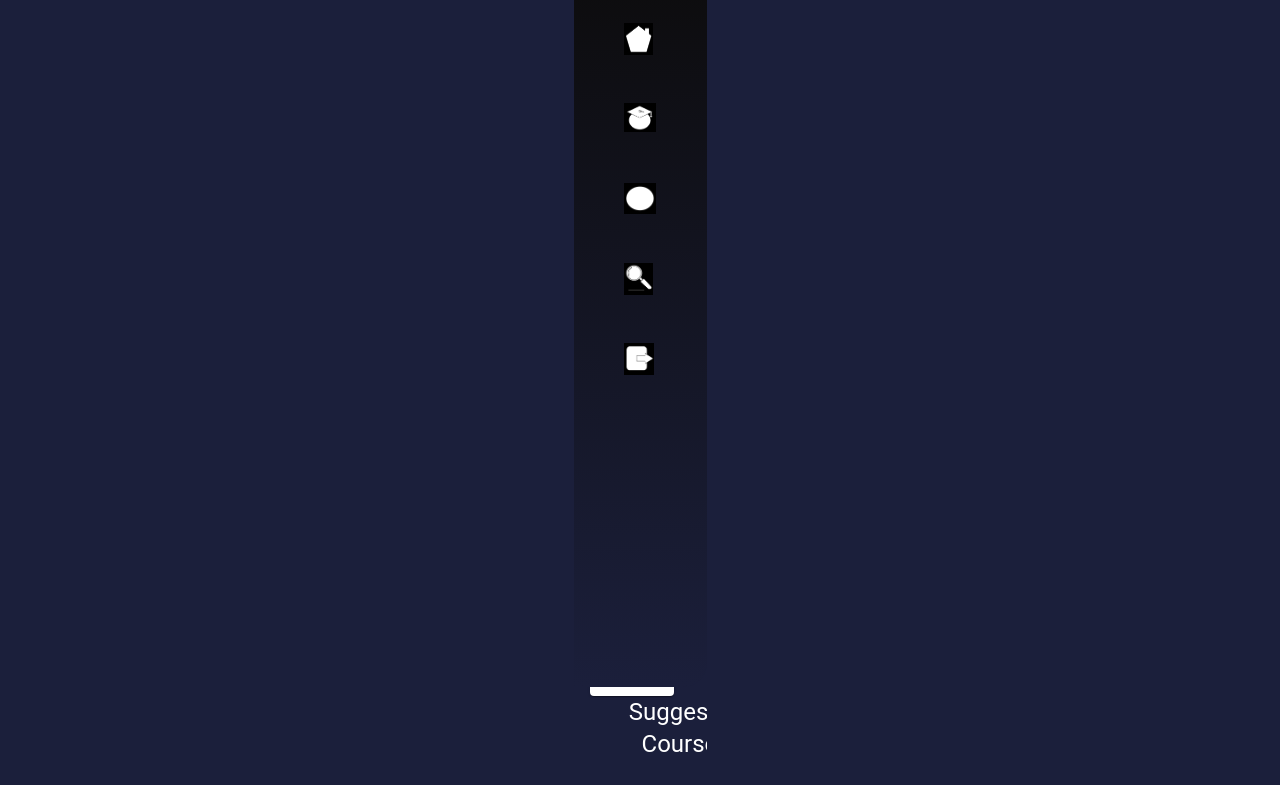
Repository: jvt2/OnlineCourseApp
Page: /dashboard
An editor plug-in stored every save of this project. The page is shown before and after the next save, followed by the edit.
The browser window is 1280 px wide. The pictures show the whole page.
Pictures or frames that could not be fetched are drawn as grey boxes. The page's requests for data from a server got no answer. The project was rebuilt for these pictures with package versions that can differ from the ones it lists, and the page was loaded fresh each time. No one was signed in, and anything a server would have sent is missing. Also part of the build but not shown: src/features/auth/Register.js, src/features/auth/Login.js, src/features/courses/ResumeUpload.js, src/features/courses/CourseRecommendations.js, src/components/common/MyModal.js, src/features/courses/CourseCatalog.js, src/features/courses/CourseDetail.js, src/components/common/Navbar.js and 3 more. Imported but missing from the stored project, and not drawn on this page: src/app/reportWebVitals.

Above is the page before, as saved 2024-07-18 19:18:36.

### src/index.js
import React from 'react';
import ReactDOM from 'react-dom/client';
import { Provider } from 'react-redux';
import store from './redux/store';
import './index.css';
import App from './app/App';
import reportWebVitals from './app/reportWebVitals';

const root = ReactDOM.createRoot(document.getElementById('root'));
root.render(
  <React.StrictMode>
    <App />
  </React.StrictMode>
);

// If you want to start measuring performance in your app, pass a function
// to log results (for example: reportWebVitals(console.log))
// or send to an analytics endpoint. Learn more: https://bit.ly/CRA-vitals
reportWebVitals();

### src/redux/store.js
// src/redux/store.js

import { configureStore } from '@reduxjs/toolkit';
import userReducer from './userReducer';

const store = configureStore({
  reducer: {
    user: userReducer,
  },
});

export default store;

### src/redux/userReducer.js
// src/redux/userReducer.js
// src/redux/userReducer.js
import { createSlice } from '@reduxjs/toolkit';

const initialState = {
  id: null,
  email: null,
  token: null,
};

const userSlice = createSlice({
  name: 'user',
  initialState,
  reducers: {
    logIn(state, action) {
      state.id = action.payload.id;
      state.email = action.payload.email;
      state.token = action.payload.token;
    },
    logOut(state) {
      state.id = null;
      state.email = null;
      state.token = null;
    },
  },
});

export const { logIn, logOut } = userSlice.actions;
export default userSlice.reducer;

### src/app/App.css
/* App.css */
:root {
  --primary-bg-color: #1E1E2F;
  --secondary-bg-color: #282840;
  --primary-text-color: #F5F5F5;
  --link-color: #61dafb;
  --accent-color: #FF6B6B;
  --navbar-height: 4rem;
  --content-padding: 20px;
  --border-radius: 8px;
  --transition-duration: 0.3s;
  --gradient-bg-color: linear-gradient(120deg, #84fab0 0%, #8fd3f4 100%);
}

.App {
  text-align: center;
  font-family: 'Arial', sans-serif;
  background-color: var(--primary-bg-color);
}

.App-logo {
  height: 40vmin;
  pointer-events: none;
  filter: drop-shadow(0 0 10px var(--accent-color));
}

.App-header {
  background-color: var(--secondary-bg-color);
  min-height: 100vh;
  display: flex;
  flex-direction: column;
  align-items: center;
  justify-content: center;
  font-size: calc(10px + 2vmin);
  color: var(--primary-text-color);
  border-bottom-left-radius: var(--border-radius);
  border-bottom-right-radius: var(--border-radius);
}

.App-link {
  color: var(--link-color);
  transition: color var(--transition-duration);
}

.App-link:hover {
  color: var(--accent-color);
}

@media (prefers-reduced-motion: no-preference) {
  .App-logo {
    animation: App-logo-spin infinite 20s linear;
  }
}

@keyframes App-logo-spin {
  from {
    transform: rotate(0deg);
  }
  to {
    transform: rotate(360deg);
  }
}

.site-navbar {
  display: flex;
  align-items: center;
  background: var(--gradient-bg-color);
  padding: 10px 20px;
  height: var(--navbar-height);
  font-weight: 500;
  box-shadow: 0 4px 6px rgba(0, 0, 0, 0.1);
}

.navbar-nav {
  display: flex;
  align-items: center;
  list-style: none;
  margin: 0;
  padding: 0;
  flex-grow: 1;
  justify-content: center;
}

.nav-item {
  display: flex;
  align-items: center;
  justify-content: center;
  text-decoration: none;
  color: var(--primary-text-color);
  padding: 15px 25px;
  transition: all 0.3s ease-in-out;
  border-radius: var(--border-radius);
  position: relative;
}

.nav-item:before {
  content: '';
  position: absolute;
  top: 0;
  left: 0;
  width: 0;
  height: 100%;
  background: var(--accent-color);
  border-radius: var(--border-radius);
  transition: width 0.3s ease-in-out;
  z-index: -1;
}

.nav-item:hover:before {
  width: 100%;
}

.nav-item:hover {
  color: var(--secondary-bg-color);
  box-shadow: 0 4px 8px rgba(0, 0, 0, 0.2);
  text-decoration: none;
}

.navbar-brand {
  margin-right: auto;
  color: var(--primary-text-color);
  font-size: 1.5em;
  font-weight: bold;
}

.App-content {
  padding: var(--content-padding);
  color: var(--primary-text-color);
}

.App-footer {
  text-align: center;
  padding: var(--content-padding);
  background-color: var(--secondary-bg-color);
  color: var(--primary-text-color);
  box-shadow: 0 -4px 6px rgba(0, 0, 0, 0.1);
}

.course-recommendations {
  width: 80%;
  margin: auto;
  background: #f9f9f9;
  padding: 20px;
  border-radius: 5px;
  box-shadow: 0px 0px 10px rgba(0, 0, 0, 0.1);
}

.course-recommendations h2 {
  text-align: center;
  color: #333;
}

.course-recommendations .course {
  padding: 10px 0;
  border-bottom: 1px solid #eee;
}

.course-recommendations .course:last-child {
  border-bottom: none;
}

.course-recommendations .course button {
  margin-left: 10px;
}

body {
  background-color: #1a1a2e;
  color: #e94560;
}

.MuiContainer-root {
  background-color: #16213e;
  border-radius: 8px;
  padding: 20px;
  box-shadow: 0 4px 8px rgba(0, 0, 0, 0.2);
}

.customTextField .MuiInputBase-input {
  color: #fff;
  background-color: rgba(255, 255, 255, 0.1);
}

.customTextField .MuiInputLabel-root {
  color: rgba(255, 255, 255, 0.7);
}

.customTextField .MuiInputLabel-root.Mui-focused {
  color: #fff;
}

.customTextField .MuiOutlinedInput-root {
  &.Mui-focused .MuiOutlinedInput-notchedOutline {
    border-color: #fff;
  }
  & .MuiOutlinedInput-notchedOutline {
    border-color: rgba(255, 255, 255, 0.5);
  }
}

### src/features/dashboard/Dashboard.js
// src/features/dashboard/Dashboard.js
import React, { useEffect, useState } from 'react';
import axios from 'axios';
import { useSelector } from 'react-redux';
import { Container, Typography, Box, Grid, Card, CardContent, CardActions, Button, List, ListItem, ListItemText } from '@mui/material';
import { useNavigate } from 'react-router-dom';

import './Dashboard.css';

// Import or define the TopSection component
import TopSection from './TopSection';
import MiddleSection from './MiddleSection';
import BottomSection from './BottomSection';
import SideSection from './SideSection';

import RecommendedArticles from '../../components/common/Articles/RecommendedArticles';

function Dashboard() {
  const [articles, setArticles] = useState([]);
  const [enrolledCourses, setEnrolledCourses] = useState([]);
  const token = useSelector(state => state.user.token);
  const userId = useSelector(state => state.user.id);
  const userEmail = useSelector(state => state.user.email);
  const navigate = useNavigate();

  useEffect(() => {
    const fetchArticles = async () => {
      try {
        const response = await axios.get(`http://localhost:3001/user/${userId}/articles`, {
          headers: { Authorization: `Bearer ${token}` }
        });
        setArticles(response.data);
      } catch (error) {
        console.error('Error fetching articles:', error);
      }
    };

    const fetchEnrolledCourses = async () => {
      try {
        const response = await axios.get(`http://localhost:3001/user/${userId}/courses`, {
          headers: { Authorization: `Bearer ${token}` }
        });
        setEnrolledCourses(response.data);
      } catch (error) {
        console.error('Error fetching enrolled courses:', error);
      }
    };

    fetchArticles();
    fetchEnrolledCourses();
  }, [userId, token]);

  return (
    <div className="container">
      <Box className="sidebar">
        <div className="sidebar-main">
          <Typography className="sidebar-logo">Flux</Typography>
          <div className="sidebar-icon icon-home" tabIndex="0" onClick={() => navigate('/dashboard')}></div>
          <div className="sidebar-icon icon-graduation" tabIndex="0"></div>
          <div className="sidebar-icon icon-user" tabIndex="0" onClick={() => navigate('/courses')}></div>
          <div className="sidebar-icon icon-search" tabIndex="0"></div>
          <div className="sidebar-icon icon-logout" tabIndex="0"></div>
        </div>
      </Box>
      <Box className="dashboard-container">
        <Typography className="dashboard-header" variant="h4" gutterBottom>
          Welcome, {userEmail}
        </Typography>
        <Grid container spacing={3}>
          <Grid item xs={12}>
            <TopSection />
          </Grid>
          <Grid item xs={12} md={8}>
            <MiddleSection />
            <BottomSection />
          </Grid>
          <Grid item xs={12} md={4}>
            <SideSection />
          </Grid>
        </Grid>
      </Box>
    </div>
  );
}

export default Dashboard;

### src/features/auth/Logout.js
// Logout.js
import { useEffect } from 'react';
import { useDispatch } from 'react-redux';
import { useNavigate } from 'react-router-dom';
import { logOut } from '../../redux/reducers/userslice'; // Import the logOut action

function Logout() {
  const navigate = useNavigate();
  const dispatch = useDispatch();

  useEffect(() => {
    localStorage.removeItem('token'); // Remove the token from local storage
    dispatch(logOut()); // Dispatch the logOut action
    navigate('/login'); // Navigate to the login page
  }, [dispatch, navigate]);

  return null;
}

export default Logout;

### src/components/common/LandingPage.css
body {
    display: flex;
    justify-content: center;
    align-items: center;
    height: 100vh;
    background-color: #f7f7f7;
    margin: 0;
    font-family: 'Roboto', sans-serif;
  }

  .sign-in-container {
    display: flex;
    justify-content: center;
    align-items: center;
    height: 100%;
    width: 100%;
  }

  .sign-in-form {
    background-color: white;
    padding: 60px;
    border-radius: 10px;
    box-shadow: 0 4px 8px rgba(0, 0, 0, 0.1);
    text-align: center;
    max-width: 600px;
    width: 90%;
  }

  .logo {
    width: 200px;
    height: 200px;
    margin-bottom: 30px;
    background-color: white;
    border-radius: 10px;
  }

  h1 {
    margin: 0;
    font-size: 32px;
    font-weight: 700;
  }

  .subtitle {
    margin: 10px 0;
    color: #555;
    font-size: 18px;
  }

  .google-sign-in {
    background-color: #ffffff;
    color: #000;
    border: 1px solid #ccc;
    padding: 15px;
    width: 100%;
    border-radius: 5px;
    margin-bottom: 30px;
    display: flex;
    justify-content: center;
    align-items: center;
    cursor: pointer;
    font-size: 18px;
    font-weight: 500;
    transition: background-color 0.3s;
  }

  .google-sign-in:hover {
    background-color: #f0f0f0;
  }

  .google-logo {
    width: 25px;
    margin-right: 10px;
  }

  .separator {
    display: flex;
    align-items: center;
    text-align: center;
    margin: 30px 0;
    color: #aaa;
    font-size: 18px;
  }

  .separator::before,
  .separator::after {
    content: '';
    flex: 1;
    border-bottom: 1px solid #ccc;
  }

  .separator:not(:empty)::before {
    margin-right: .5em;
  }

  .separator:not(:empty)::after {
    margin-left: .5em;
  }

  .email-input,
  .password-input {
    width: 100%;
    padding: 15px;
    margin-bottom: 30px;
    border: 1px solid #ccc;
    border-radius: 5px;
    font-size: 18px;
    transition: border-color 0.3s;
  }

  .email-input:focus,
  .password-input:focus {
    border-color: #007bff;
    outline: none;
  }

  .continue-button {
    background-color: #9b51e0;
    color: white;
    border: none;
    padding: 15px;
    width: 100%;
    border-radius: 5px;
    font-size: 18px;
    font-weight: 500;
    cursor: pointer;
    transition: background-color 0.3s;
    margin-bottom: 10px; /* Add margin to separate the buttons */
  }

  .continue-button:hover {
    background-color: #7a3bc0;
  }

  .email-error {
    color: red;
    margin-top: 10px;
    font-size: 14px;
  }


  .back-button {
    background-color: #ccc;
    color: white;
    border: none;
    padding: 15px;
    width: 100%;
    border-radius: 5px;
    font-size: 18px;
    font-weight: 500;
    cursor: pointer;
    transition: background-color 0.3s;
    margin-bottom: 10px; /* Add margin to separate the buttons */
  }

  .back-button:hover {
    background-color: #aaa;
  }

  .sign-up-link {
    margin-top: 30px;
    color: #aaa;
    font-size: 18px;
  }

  .sign-up-link a {
    color: #9b51e0;
    text-decoration: none;
  }

  .sign-up-link a:hover {
    text-decoration: underline;
  }

### src/features/dashboard/Dashboard.css
:root {
  --primary-color: #0C0B0B;
  --secondary-color: #1b1f3b;
  --text-color: #FFFFFF;
  --icon-color: #BBBBBB;
  --icon-active-color: #FFFFFF;
  --icon-hover-color: #E0E0E0;
  --accent-color: #4a90e2;
  --hover-color: rgba(255, 255, 255, 0.2);
  --focus-color: rgba(255, 255, 255, 0.3);
  --font-main: 'Arial', sans-serif;
  --font-header: 'Baloo Bhai', sans-serif;
  --border-radius: 24px;
  --transition-speed: 0.3s;
  --spacing-unit: 16px;
  --icon-size: 32px;
}

/* Dark mode */
@media (prefers-color-scheme: dark) {
  :root {
    --primary-color: #1a1a1a;
    --secondary-color: #121212;
    --text-color: #e0e0e0;
    --icon-color: #CCCCCC;
    --icon-active-color: #FFFFFF;
    --icon-hover-color: #FFFFFF;
    --accent-color: #bb86fc;
    --hover-color: rgba(255, 255, 255, 0.3);
    --focus-color: rgba(255, 255, 255, 0.4);
  }
}
/* General styles for the dashboard */
body {
  margin: 0;
  font-family: var(--font-main);
  font-size: clamp(16px, 2vw, 20px);
  color: var(--text-color);
  background-color: var(--secondary-color);
}

.container {
  display: grid;
  grid-template-columns: 133px 1fr;
  min-height: 100vh;
}

.sidebar {
  width: 133px;
  background: var(--primary-color);
  border-radius: 0 var(--border-radius) var(--border-radius) 0;
  display: flex;
  flex-direction: column;
  align-items: center;
  justify-content: space-between;
  padding: var(--spacing-unit) 0;
  position: fixed;
  height: 100vh;
  background: linear-gradient(180deg, #0C0B0B 0%, #1b1f3b 100%);
}

.sidebar-main {
  display: flex;
  flex-direction: column;
  align-items: center;
  width: 100%;
  gap: var(--spacing-unit);
  padding: var(--spacing-unit);
}

.sidebar-logo {
  font-family: var(--font-header);
  color: var(--text-color);
  font-weight: 400;
  font-size: 64px;
  line-height: 102px;
  margin-bottom: 40px;
  text-align: center;
  margin-top: var(--spacing-unit);
}

.sidebar-icon {
  width: var(--icon-size);
  height: var(--icon-size);
  margin: var(--spacing-unit) 0;
  cursor: pointer;
  background-size: contain;
  background-repeat: no-repeat;
  transition: all var(--transition-speed) ease;
  color: var(--icon-color);
}
.sidebar-icon:hover {
  background-color: var(--hover-color);
  color: var(--icon-hover-color);
  transform: scale(1.1);
}

.sidebar-icon:focus {
  outline: none;
  box-shadow: 0 0 0 3px var(--focus-color);
}
.sidebar-icon.icon-home {
  background-image: url('/public/assets/home_I.png');
}

.sidebar-icon.icon-graduation {
  background-image: url('/public/assets/enroll.png');
}

.sidebar-icon.icon-user {
  background-image: url('/public/assets/user.png');
}

.sidebar-icon.icon-search {
  background-image: url('/public/assets/search.png');
}

.sidebar-icon.icon-logout {
  background-image: url('/public/assets/logout.png');
}

.dashboard-container {
  background-color: var(--secondary-color);
  padding: var(--spacing-unit);
  display: grid;
  grid-template-rows: auto 1fr;
  gap: var(--spacing-unit);
  overflow-y: auto;
}

.dashboard-header {
  margin-bottom: var(--spacing-unit);
  text-align: center;
  font-family: var(--font-header);
}

.grid-item {
  background-color: var(--secondary-color);
  padding: var(--spacing-unit);
  border-radius: var(--border-radius);
  box-shadow: 0 2px 10px rgba(0, 0, 0, 0.1);
}

.card-content, .card-actions {
  padding: var(--spacing-unit);
}

.card-actions {
  display: flex;
  justify-content: flex-end;
}

.recommendations-container {
  background-color: #f5f5f5;
  border-radius: var(--border-radius);
  padding: var(--spacing-unit);
  margin-bottom: var(--spacing-unit);
}

.recommendation-item {
  background-color: white;
  border-radius: 4px;
  padding: var(--spacing-unit);
  margin-bottom: var(--spacing-unit);
  box-shadow: 0 2px 4px rgba(0, 0, 0, 0.1);
}

.recommendation-title {
  font-weight: bold;
  margin-bottom: 5px;
}

.recommendation-description {
  color: #666;
  font-size: 0.9em;
}

/* Media Queries */
@media (max-width: 768px) {
  .container {
    grid-template-columns: 1fr;
  }

  .sidebar {
    flex-direction: row;
    justify-content: space-around;
    border-radius: 0;
    width: 100%;
    height: auto;
    padding: var(--spacing-unit);
    position: relative;
  }

  .sidebar-main {
    flex-direction: row;
  }

  .sidebar-icon {
    margin: 10px;
  }

  .dashboard-header {
    font-size: 1.5rem;
  }

  .dashboard-container {
    margin-left: 0;
  }
}

@media (max-width: 480px) {
  .container {
    flex-direction: column;
  }

  .sidebar {
    flex-direction: column;
    align-items: flex-start;
    padding: 10px;
    position: relative;
  }

  .sidebar-main {
    flex-direction: row;
  }

  .sidebar-icon {
    margin: 5px;
  }

  .dashboard-header {
    font-size: 1.2rem;
  }

  .dashboard-container {
    margin-left: 0;
  }
}

### src/features/dashboard/TopSection.js
// src/features/dashboard/TopSection.js
import React from 'react';
import { Box, Typography, Grid } from '@mui/material';
import LearningHoursChart from '../../components/common/Charts/LearningHoursChart';



function TopSection() {
  return (
    <Box>
      <Typography variant="h4" gutterBottom>Welcome, [User Name]!</Typography>
      <Grid container spacing={3}>
        <Grid item xs={12} md={4}>
          <LearningHoursChart />
        </Grid>
      </Grid>
    </Box>
  );
}

export default TopSection;

### src/features/dashboard/MiddleSection.js
// src/features/dashboard/MiddleSection.js
import React from 'react';
import { Box, Typography, Grid, Card, CardContent, CardMedia } from '@mui/material';
import RecommendedArticles from '../../components/common/Articles/RecommendedArticles';

function MiddleSection() {
  return (
    <Box>
      <Typography variant="h5" gutterBottom>Recommended Articles</Typography>
      <Grid container spacing={3}>
        <Grid item xs={12} md={6}>
          <Card>
            <CardMedia
              component="img"
              height="140"
              image="path/to/image.jpg"
              alt="Article Image"
            />
            <CardContent>
              <Typography gutterBottom variant="h6" component="div">
                Article Title
              </Typography>
              <Typography variant="body2" color="text.secondary">
                Brief description of the article.
              </Typography>
            </CardContent>
          </Card>
        </Grid>
        <Grid item xs={12} md={6}>
          <RecommendedArticles />
        </Grid>
      </Grid>
    </Box>
  );
}

export default MiddleSection;

### src/features/dashboard/BottomSection.js
// src/features/dashboard/BottomSection.js
import React from 'react';
import { Box, Typography, Grid } from '@mui/material';


function BottomSection() {
  return (
    <Box>
      <Typography variant="h5" gutterBottom>Suggested Courses</Typography>
      <Grid container spacing={3}>
        <Grid item xs={12} md={6}>

        </Grid>
        <Grid item xs={12} md={6}>

        </Grid>
      </Grid>
    </Box>
  );
}

export default BottomSection;

### src/features/dashboard/SideSection.js
// src/features/dashboard/SideSection.js
import React from 'react';
import { Box, Typography, Grid, Card, CardContent } from '@mui/material';
import CareerPathRecommendations from '../../components/common/Recommendations/CareerPathRecommendations';
import SkillDevelopment from '../../components/common/Recommendations/SkillDevelopment';

function SideSection() {
  return (
    <Box>
      <Typography variant="h5" gutterBottom>User Engagement</Typography>
      <Grid container spacing={3}>
        <Grid item xs={12}>
          <Card>
            <CardContent>
              <CareerPathRecommendations />
            </CardContent>
          </Card>
        </Grid>
        <Grid item xs={12}>
          <Card>
            <CardContent>
              <SkillDevelopment />
            </CardContent>
          </Card>
        </Grid>
      </Grid>
    </Box>
  );
}

export default SideSection;

### src/components/common/Articles/RecommendedArticles.js
// src/components/Articles/RecommendedArticles.js
import React from 'react';

function RecommendedArticles() {
  return (
    <div>
      <h2>Recommended Articles</h2>
    </div>
  );
}

export default RecommendedArticles;

### src/redux/reducers/userslice.js
import { createSlice } from '@reduxjs/toolkit';

const userSlice = createSlice({
  name: 'user',
  initialState: { name: '', loggedIn: false },
  reducers: {
    logIn: (state, action) => {
      state.name = action.payload.name;
      state.loggedIn = true;
    },
    logOut: (state) => {
      state.name = '';
      state.loggedIn = false;
    }
  }
});

export const { logIn, logOut } = userSlice.actions;
export default userSlice.reducer;

### src/components/common/Charts/LearningHoursChart.js
// src/components/Charts/LearningHoursChart.js
import React from 'react';

function LearningHoursChart() {
  return (
    <div>
      <h2>Learning Hours Chart</h2>
    </div>
  );
}

export default LearningHoursChart;

### src/components/common/Recommendations/CareerPathRecommendations.js
// src/components/Recommendations/CareerPathRecommendations.js
import React from 'react';

function CareerPathRecommendations() {
  return (
    <div>
      <h2>Career Path Recommendations</h2>
    </div>
  );
}

export default CareerPathRecommendations;

### src/components/common/Recommendations/SkillDevelopment.js
// src/components/Recommendations/SkillDevelopment.js
import React from 'react';

function SkillDevelopment() {
  return (
    <div>
      <h2>Skill Development</h2>
    </div>
  );
}

export default SkillDevelopment;

Loaded but not shown: public/index.html (common file); src/index.css (common file); src/app/App.js (103 lines, source omitted)

After the next save:
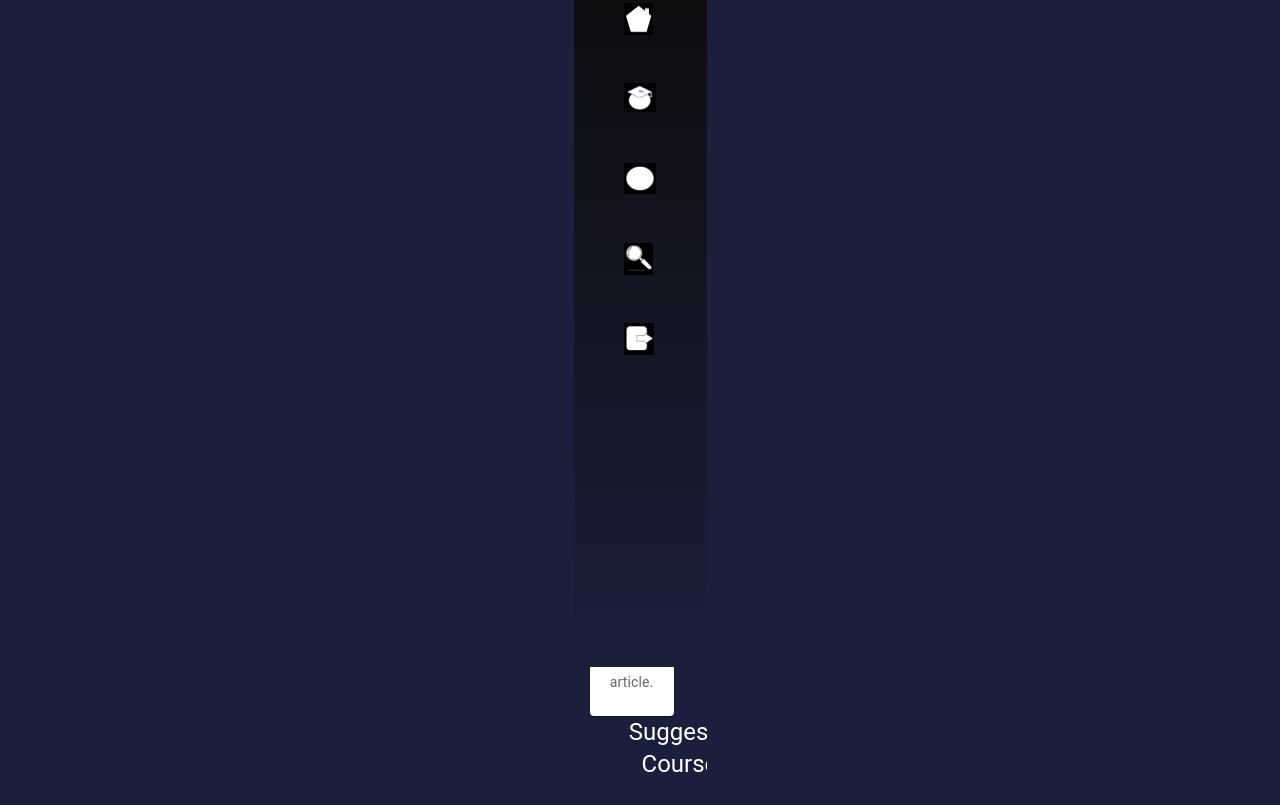
Saved 9 s later.
--- a/src/features/dashboard/TopSection.js
+++ b/src/features/dashboard/TopSection.js
@@ -1,9 +1,7 @@
 // src/features/dashboard/TopSection.js
 import React from 'react';
-import { Box, Typography, Grid } from '@mui/material';
+import { Box, Typography, Grid, Card, CardContent } from '@mui/material';
 import LearningHoursChart from '../../components/common/Charts/LearningHoursChart';
-
-
 
 function TopSection() {
   return (
@@ -11,7 +9,11 @@ function TopSection() {
       <Typography variant="h4" gutterBottom>Welcome, [User Name]!</Typography>
       <Grid container spacing={3}>
         <Grid item xs={12} md={4}>
-          <LearningHoursChart />
+          <Card>
+            <CardContent>
+              <LearningHoursChart />
+            </CardContent>
+          </Card>
         </Grid>
       </Grid>
     </Box>
